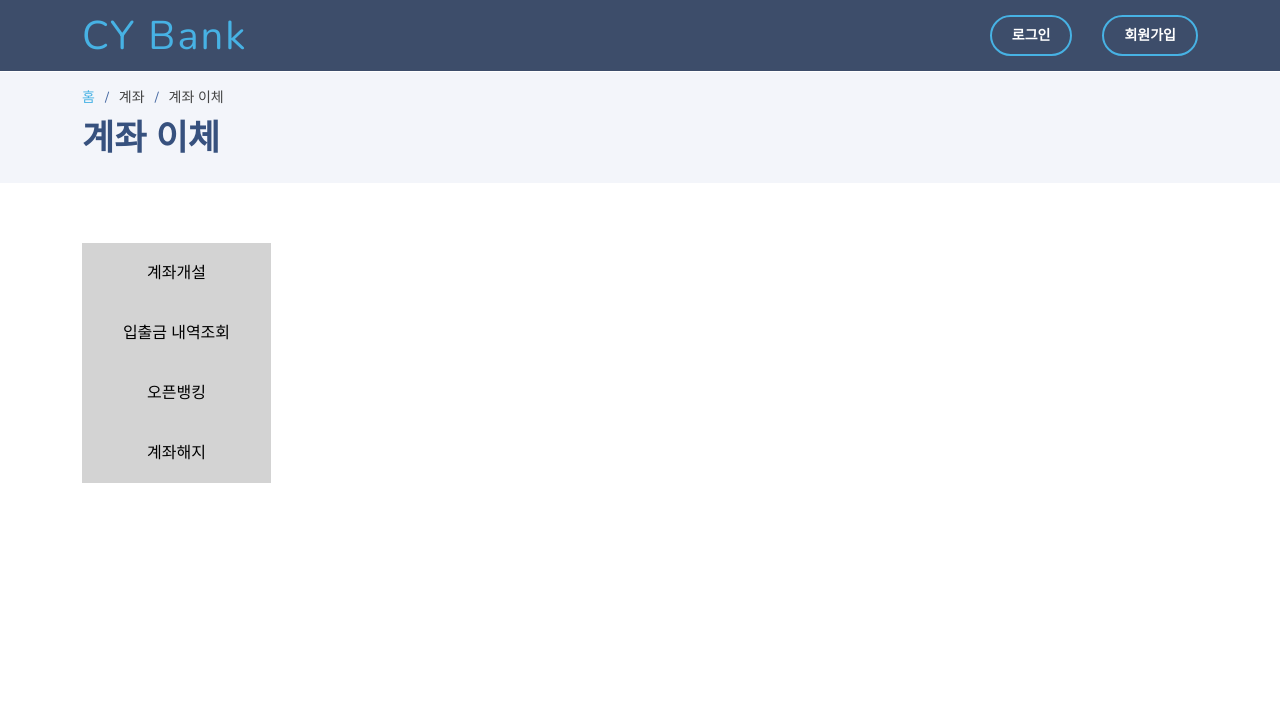
Repository: scy0814/Spring
Page: http://localhost/CYBank/jsp/transaction/Transaction.jsp
An editor plug-in stored every save of this project. The page is shown before and after the next save, followed by the edit.
The browser window is 1280 px wide. The pictures show the whole page.
The page is served by Tomcat 9.

Above is the page before, as saved 2023-06-28 02:02:58.

After the next save:
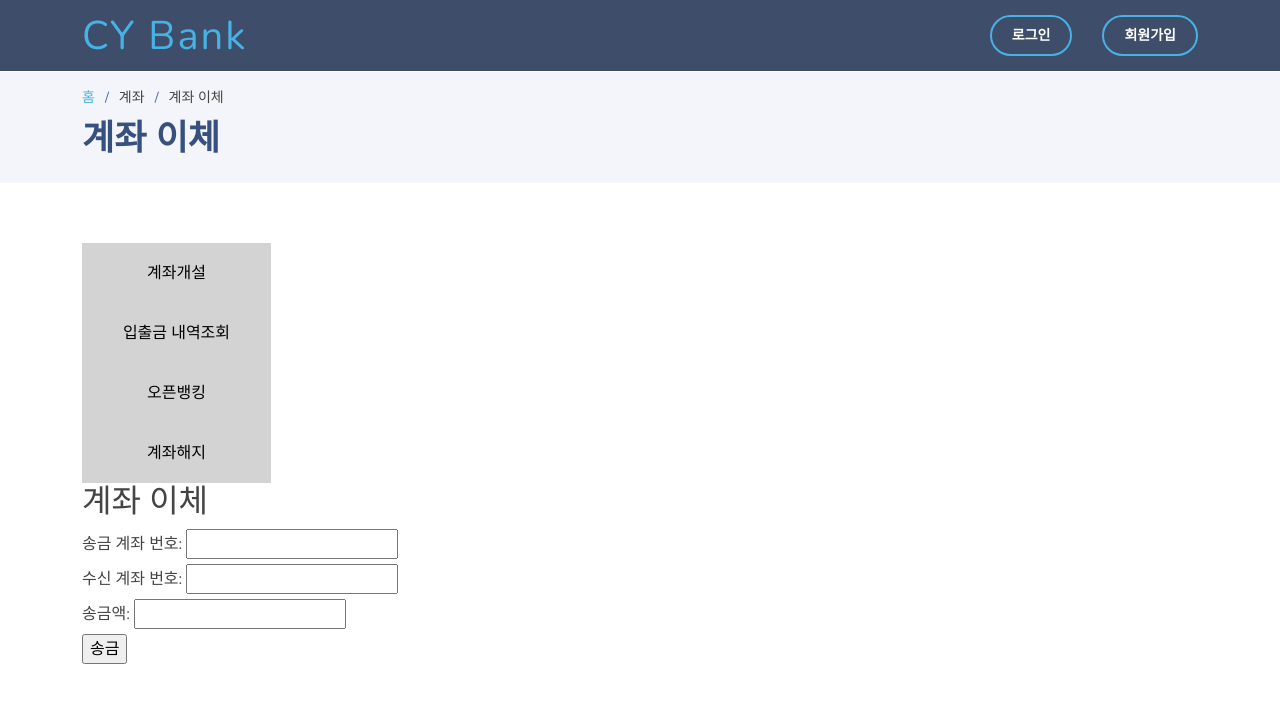
Saved 109 s later.
--- a/CYBank/src/main/webapp/jsp/transaction/Transaction.jsp
+++ b/CYBank/src/main/webapp/jsp/transaction/Transaction.jsp
@@ -66,6 +66,24 @@
   <form action="${pageContext.request.contextPath}/closeAccount.do" method="post">
     <button type="submit" class="button">계좌해지</button>
   </form>
+  <h2>계좌 이체</h2>
+  <form action="/transfer" method="post">
+    <div>
+      <label for="senderAccountNumber">송금 계좌 번호:</label>
+      <input type="text" id="senderAccountNumber" name="senderAccountNumber" required>
+    </div>
+    <div>
+      <label for="recipientAccountNumber">수신 계좌 번호:</label>
+      <input type="text" id="recipientAccountNumber" name="recipientAccountNumber" required>
+    </div>
+    <div>
+      <label for="amount">송금액:</label>
+      <input type="number" id="amount" name="amount" required>
+    </div>
+    <div>
+      <input type="submit" value="송금">
+    </div>
+  </form>
   </div>
   </section>
 <body>
